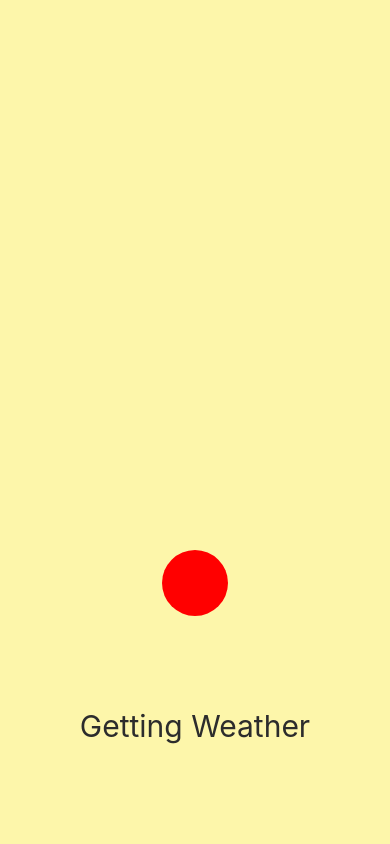
Repository: Exchallenger/Weather-app
Screen: /
These files come from the project's save history. The screen is drawn as it stood at one moment and after a run of saves; the edit follows.
The app was drawn by React Native's web renderer in a window 390 px wide. The project was rebuilt for these pictures with package versions that can differ from the ones it lists, and the page was loaded fresh each time. Also part of the build but not shown: weather.js.

Above is the screen before, as saved 2021-01-15 15:21:48.

### App.js
import { StatusBar } from 'expo-status-bar';
import {Alert} from "react-native";
import React, { useEffect, useState } from 'react';
import Loading from './loading';
import * as Location from 'expo-location';
import axios from 'axios';
import Weather from './weather';

const API_KEY = "9e0bfa2c5f6975bf6890d7892b8f2c06";
// api.openweathermap.org/data/2.5/weather?lat=35.544829899999996&lon=129.3517382&appid=9e0bfa2c5f6975bf6890d7892b8f2c06

const App = (props) => {
  const [isLoading, setIsLoading] = useState(true);
  const [temp, setTemp] = useState();
  const [nowweather, setNowWeather] = useState();
  const [city, setCity] = useState();


  // const weathers = ['Thunderstorm','Dizzle','Rain','Snow','Atmosphere','Clear','Clouds','Haze','Mist','Dust'];

  const getWeather = async(latitude, longitude) =>{
      const {data} = await axios.get(
        `https://api.openweathermap.org/data/2.5/weather?lat=${latitude}&lon=${longitude}&appid=${API_KEY}&units=metric`);
        setIsLoading(true);
        const ntemp = data.main.temp;
        setTemp(ntemp);
        const nweather = data.weather[0].main;
        setNowWeather(nweather);
        const ncity = data.name;
        setCity(ncity);
  };
  const getLocation = async() =>{
    try{
      await Location.requestPermissionsAsync();
      const {coords : {latitude, longitude}} = await Location.getCurrentPositionAsync();
      getWeather(latitude, longitude);
    }catch(error){
      Alert.alert("Cat find you", "so sad");
    }}
  useEffect(()=>{
    getLocation();
  },[isLoading]);


  return (isLoading ? <Loading/> : <Weather temp={temp} weather={nowweather} city={city}/>);
};

export default App;

//Math.round(temp)

### loading.js
import React,{Component} from 'react';
import {StyleSheet, Text, View} from "react-native";

export default function Loading(){
    return(
    <View style={styles.container}>
        <View style={styles.load}></View>
        <View style={styles.texts}><Text style={styles.text}>Getting Weather</Text></View>
    </View>);
}

const styles = StyleSheet.create({
    container:{
        flex:1,
        justifyContent:"space-between",
        alignItems:"center",
        paddingHorizontal:30,
        paddingVertical:100,
        backgroundColor:"#FDF6AA"
    },
    texts:{
        flex:9,
        justifyContent:"flex-end",
        alignItems:"flex-end",
    },
    text:{
        color:"#2c2c2c",
        fontSize:30,
    },
    load:{
        position:"absolute",
        top:550,
        height:66,
        width:66,
        backgroundColor:'red',
        borderRadius:50,
    }
});

After the next 4 saves:
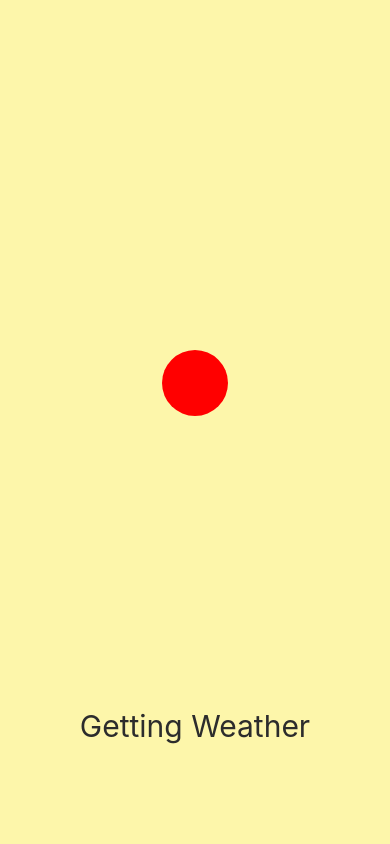
The 4 saves are shown as one change because they came seconds apart.
The last was saved 13 s later.
--- a/loading.js
+++ b/loading.js
@@ -29,7 +29,7 @@ const styles = StyleSheet.create({
     },
     load:{
         position:"absolute",
-        top:550,
+        top:350,
         height:66,
         width:66,
         backgroundColor:'red',
